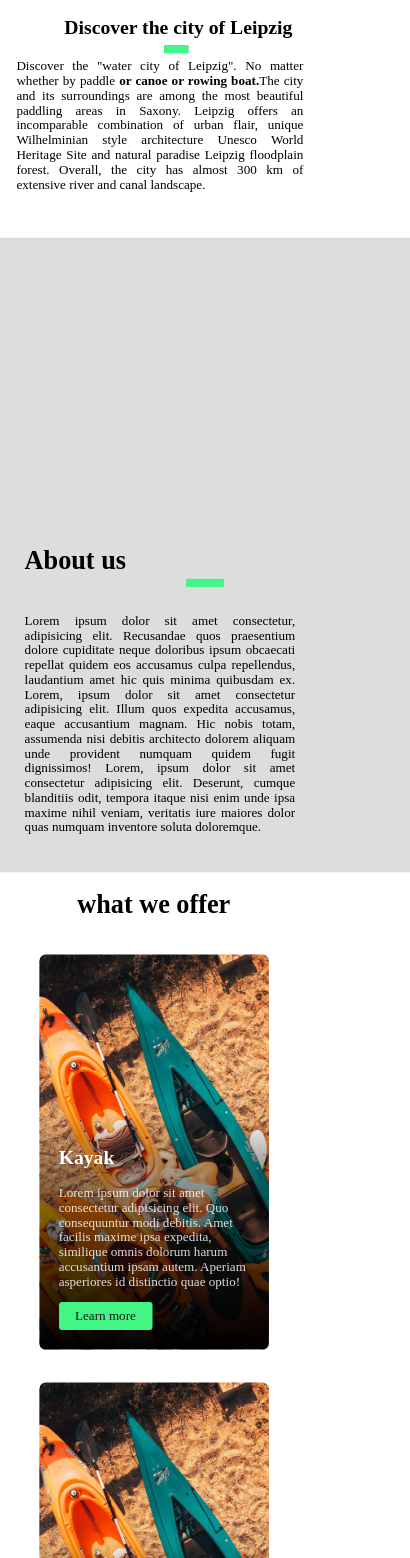
Repository: joseluis2289/Responsive-club-website
Page: index.html
These files come from the project's save history. The page is drawn as it stood at one moment and after the next save; the edit follows.
The browser window is 375 px wide. The page is 500 px wide, so the pictures cover 500 px, including what lies to the right of the window. The pictures show the part of the page from y = 845 to 2745 px (the page is 4387 px tall), at 82% of full size.
Pictures or frames that could not be fetched are drawn as grey boxes.

Above is the page before, as saved 2021-08-24 13:17:19.

After the next save:
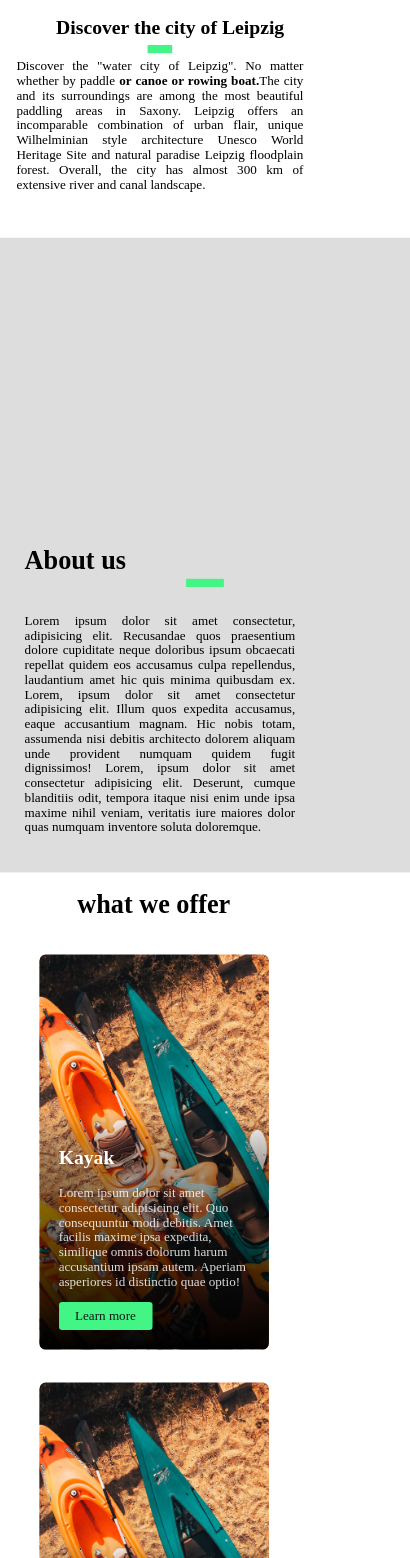
Saved 6 s later.
--- a/style.css
+++ b/style.css
@@ -389,7 +389,7 @@ input#submit{
         left: 5px;
     }
     .discover-title{
-        margin: 20px auto 25px 60px;
+        margin: 20px auto 25px 40px;
     }
     .p-discover{
         text-align: justify;
